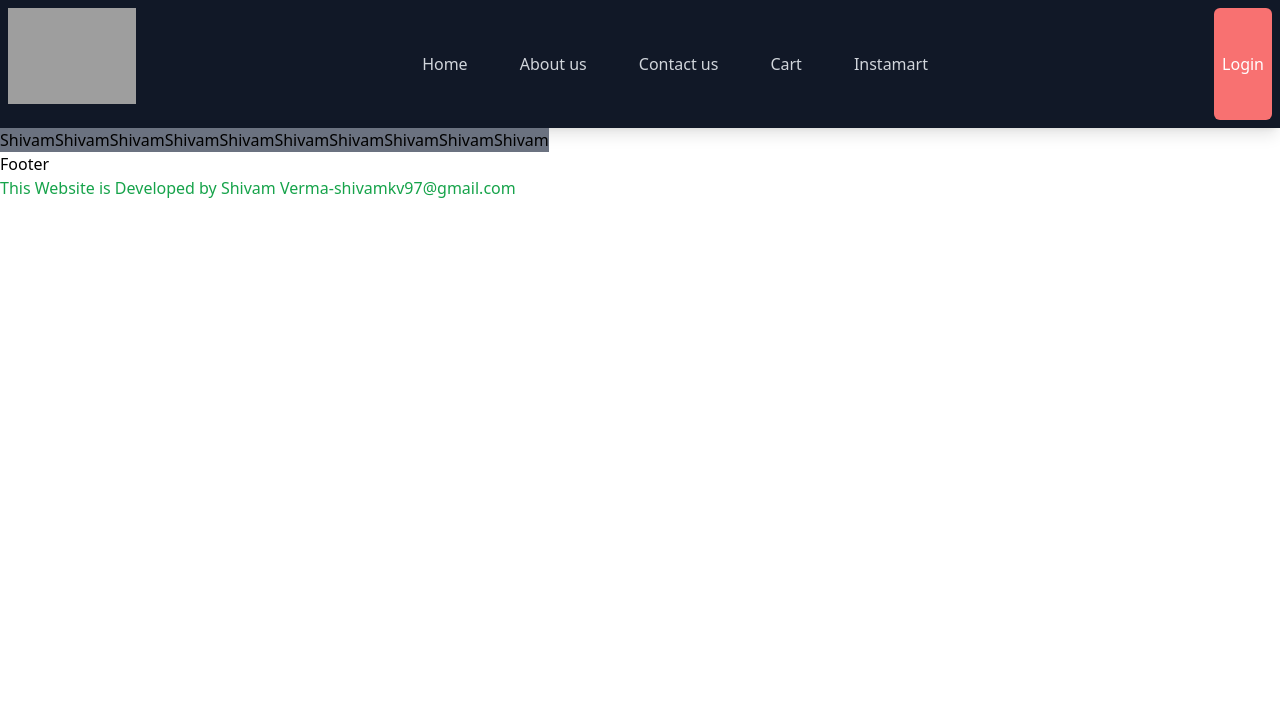
Repository: shivamv97/FOOD-VILLA-APP
Page: /
The author's editor kept a copy of each file at every save. The page is drawn from the files as they stood at one save, then again after the next save.
The browser window is 1280 px wide. The pictures show the whole page.
Pictures or frames that could not be fetched are drawn as grey boxes. The page's requests for data from a server got no answer. The project was rebuilt for these pictures with package versions that can differ from the ones it lists, and the page was loaded fresh each time. No one was signed in, and anything a server would have sent is missing. Also part of the build but not shown: src/components/RestaurantCards.js, src/components/Profile.js, src/components/ProfileClass.js, src/components/About.js, src/components/Error.js, src/components/ContactUs.js, src/utils/useRestaurant.js, src/components/RestaurantMenu.js.

Above is the page before, as saved 2024-09-30 01:12:01.

After the next save:
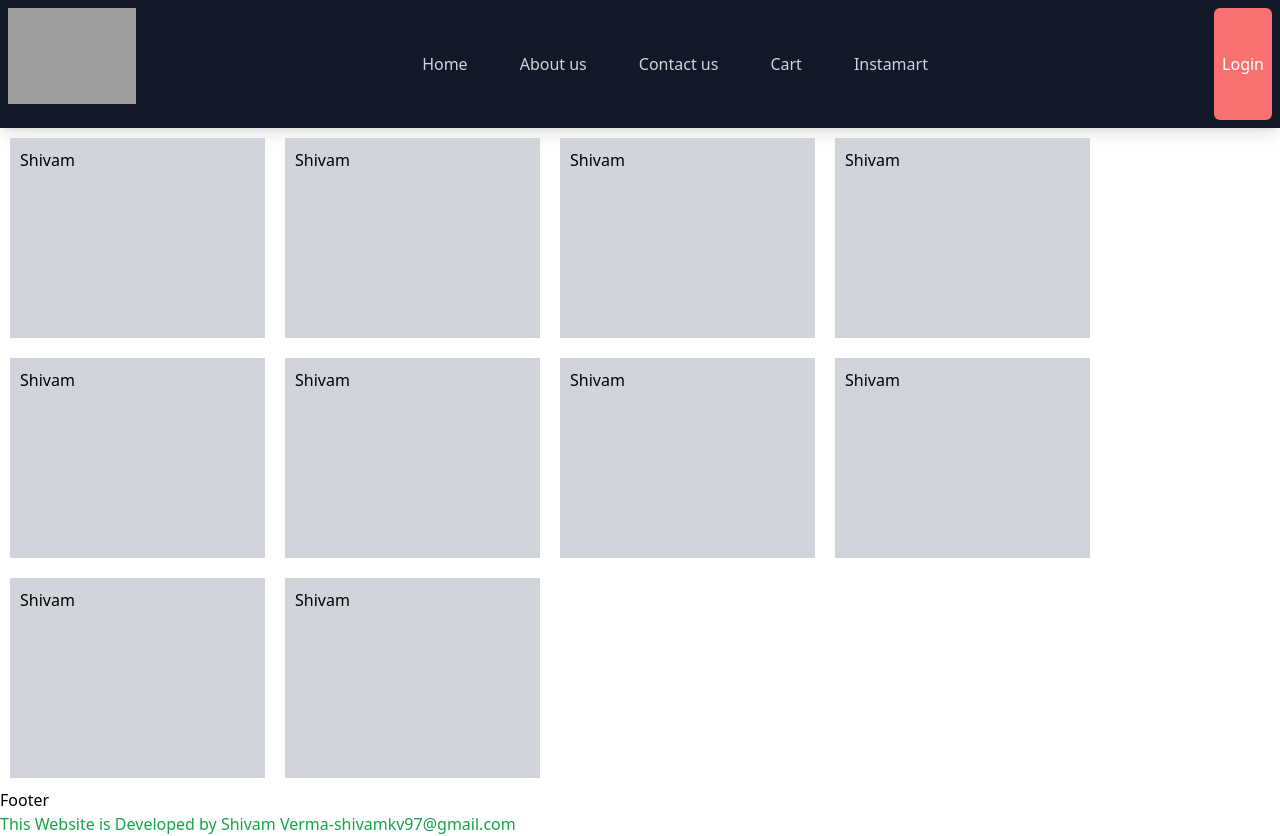
Saved 2 min 22 s later.
--- a/src/components/Shimmer.js
+++ b/src/components/Shimmer.js
@@ -4,7 +4,10 @@ const Shimmer = () => {
       {Array(10)
         .fill("")
         .map((e, index) => (
-          <div key={index} className="bg-gray-500">
+          <div
+            key={index}
+            className="w-[255px] h-[200px] bg-gray-300 m-[10px] p-[10px]"
+          >
             Shivam
           </div>
         ))}
